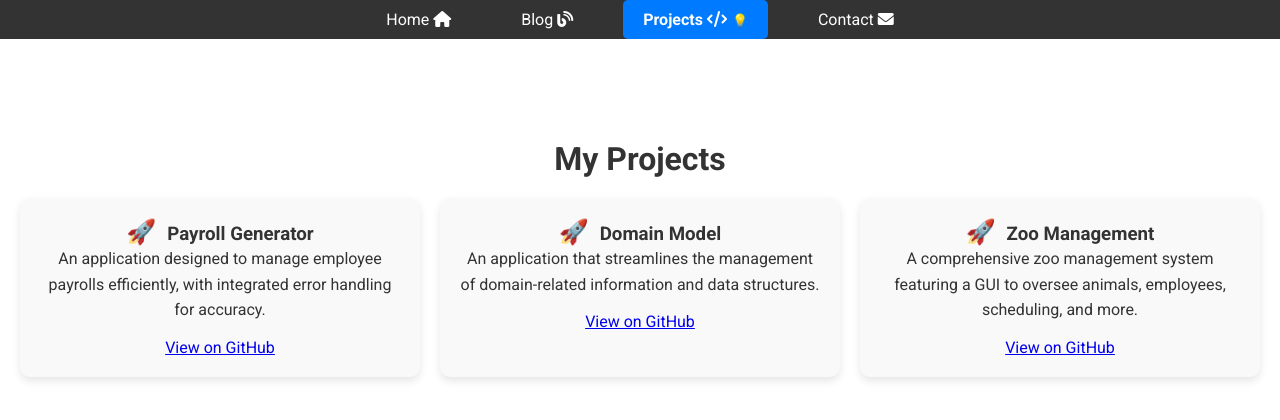
Repository: liwingy/cs5610_fall24_project1
Page: projects.html
An editor plug-in stored every save of this project. The page is shown before and after the next save, followed by the edit.
The browser window is 1280 px wide. The pictures show the whole page.

Above is the page before, as saved 2024-10-07 21:27:37.

### projects.html
<!DOCTYPE html>
<html lang="en">
<head>
    <meta charset="UTF-8">
    <meta name="viewport" content="width=device-width, initial-scale=1.0">
    <title>Wing Yee Li | Projects</title>
    <link rel="stylesheet" href="style.css">
    <link rel="icon" href="./sources/favicon.ico" type="image/x-icon">
    <link rel="stylesheet" href="https://cdnjs.cloudflare.com/ajax/libs/font-awesome/6.0.0-beta3/css/all.min.css">
</head>
<body>
    <nav>
        <ul>
            <li><a href="homepage.html">Home <i class="fas fa-home"></i></a></li>
            <li><a href="blog.html">Blog <i class="fas fa-blog"></i></a></li>
            <li><a href="projects.html" class="active">Projects <i class="fas fa-code"></i></a></li>
            <li><a href="contact.html">Contact <i class="fas fa-envelope"></i></a></li>
        </ul>
    </nav>
    <main>
        <section class="projects">
            <h2>My Projects</h2>
            <div class="grid">
                <div class="project-item">
                    <h3>Payroll Generator</h3>
                    <p>An application designed to manage employee payrolls efficiently, with integrated error handling for accuracy.</p>
                    <a href="https://github.com/Su24-CS5004-Online-Lionelle/homework-03-liwingy/tree/main/src/main/java/student" target="_blank">View on GitHub</a>
                </div>
                <div class="project-item">
                    <h3>Domain Model</h3>
                    <p>An application that streamlines the management of domain-related information and data structures.</p>
                    <a href="https://github.com/Su24-CS5004-Online-Lionelle/homework-07-liwingy/tree/main/src/main/java/student/model" target="_blank">View on GitHub</a>
                </div>
                <div class="project-item">
                    <h3>Zoo Management</h3>
                    <p>A comprehensive zoo management system featuring a GUI to oversee animals, employees, scheduling, and more.</p>
                    <a href="https://github.com/Su24-CS5004-Online-Lionelle/final-project-group-12" target="_blank">View on GitHub</a>
                </div>
            </div>
        </section>
    </main>
</body>
</html>

### style.css
@import url('https://fonts.googleapis.com/css2?family=Roboto:wght@400;700&display=swap');

* {
    margin: 0;
    padding: 0;
    box-sizing: border-box;
    font-family: 'Roboto', sans-serif;
}

body, html {
    height: 100%;
    margin: 0;
}

body {
    background-color: rgb(255, 255, 255);
    color: #333;
    display: flex;
    flex-direction: column;   /* Stack the content vertically */
    height: 100vh;            /* Make sure the body takes up the full viewport height */
}

main {
    display: flex;
    justify-content: center;
    align-items: center;
    flex-direction: column;
    height: auto;
    margin-top: 80px;
    padding-top: 20px;
}

header {
    text-align: center;
}

.blog, .projects, .contact, .about-me {
    margin-top: 20px;
    padding: 20px;
    width: 100%;
    margin-bottom: 40px; /* Add space between sections */
    text-align: center;
}

.about-me h3:before {
    content: "⭐"; /* Add an icon or symbol before each section */
    font-size: 1.5rem;
    color: #007BFF;
    margin-right: 5px;
}

.highlight {
    font-weight: bold;
    color: black; /* Highlight the text in a different color */
}

ul {
    list-style-type: disc;
    list-style-position: inside; /* Ensures the bullet points are aligned with the text */
    padding-left: 0; /* Removes extra left padding on the list */
    padding-left: 20px; /* Add some padding to ensure bullets are positioned properly */
}

li {
    margin-left: 0; /* Adds a little space between the bullet and text */
}


nav {
    width: 100%;              /* Full width navigation bar */
    background-color: #333;    /* Background color for the navbar */
    position: fixed;          /* Keep the navbar fixed at the top */
    top: 0;
    left: 0;
    padding: 10px 0;          /* Add some padding for spacing */
    z-index: 1;               /* Ensure the navbar stays above other content */
}

nav ul {
    list-style: none;
    display: flex;            /* Display the list items in a row */
    justify-content: center;  /* Center the list items horizontally */
    margin: 0;
    padding: 0;
}

nav ul li {
    margin: 0 15px;           /* Space between each nav item */
}

nav ul li a {
    color: #fff;
    text-decoration: none;
    padding: 10px 20px;       /* Add padding around each link */
    transition: background-color 0.3s;
}

nav ul li a:hover {
    border-bottom: 2px solid #007BFF;
    font-size: 1.05em;
    color: #007BFF;
    transition: all 0.3s ease-in-out;
}

.active {
    background-color: #007BFF;
    font-weight: bold;
    border-radius: 5px;
    padding: 10px 20px;
}

nav ul li a.active::after {
    content: "💡";
    color: #007BFF;
    font-size: 0.8rem;
    margin-left: 5px;
    vertical-align: middle;
}

h1 {
    font-size: 2.5rem;
    margin-top: 60px;        /* Add space from the navbar */
}

h2 {
    font-size: 2rem;
    margin-bottom: 10px;
}

h1, h2, h3 {
    font-weight: 700; /* Make headings bold */
}

p {
    line-height: 1.6; /* Improve readability */
    margin-bottom: 15px; /* Add space between paragraphs */
}

.grid {
    display: grid;
    grid-template-columns: repeat(auto-fit, minmax(250px, 1fr)); /* Auto-fit for responsiveness */
    gap: 20px; /* Space between grid items */
    margin-top: 20px;
}

.blog-item {
    padding: 20px;
    border-radius: 10px;
    box-shadow: 0 4px 8px rgba(0, 0, 0, 0.1);
    background-color: #f9f9f9;
}

.blog-item h3:before {
    content: "💕";
    color: #007BFF;
    font-size: 1.5rem;
    margin-right: 5px;
}

.blog img {
    display: block;        /* Ensures the image is a block element, so it stays on its own line */
    margin-top: 10px;      /* Adds space between text and image */
    margin-bottom: 20px;   /* Adds space after the image */
    max-width: 300px;      /* Adjust the size to fit nicely within the content */
    width: 100%;
    height: auto;
    border-radius: 10px;   /* Optional: add rounded corners to images */
}

/* Blog-specific ul styling */
.blog ul {
    list-style-type: none;  /* Removes the bullet points */
    padding-left: 0; /* Ensure no extra padding is added here */
    margin-left: 0; /* Remove any additional margins */
}

/* Blog-specific li styling */
.blog li {
    padding-left: 0;  /* Ensures no extra padding between bullet and text */
    margin-left: 0; /* No margin needed */
}

.project-item {
    padding: 20px;
    border-radius: 10px;
    box-shadow: 0 4px 8px rgba(0, 0, 0, 0.1);
    background-color: #f9f9f9;
}

.project-item h3:before {
    content: "🚀 ";
    color: #007BFF;
    font-size: 1.5rem;
    margin-right: 5px;
}

.centered-video,
.pics {
    max-width: 300px;
    width: 100%;
    height: auto;
    display: block;
    margin: 20px auto;
    border-radius: 10px;
    box-shadow: 0 4px 8px rgba(0, 0, 0, 0.2); /* Add a shadow */
    transition: transform 0.3s ease-in-out, box-shadow 0.3s ease-in-out;
}

.centered-video:hover,
.pics:hover {
    transform: scale(1.05); /* Slightly enlarge the image on hover */
    box-shadow: 0 6px 12px rgba(0, 0, 0, 0.3); /* Increase shadow on hover */
}

/* Responsive design */
@media screen and (max-width: 768px) {
    nav ul {
        flex-direction: column;  /* Stack the navbar links vertically on small screens */
        align-items: center;
    }

    nav ul li {
        margin: 10px 0;          /* Space out vertically in mobile view */
    }

    h1 {
        font-size: 1.8rem;
        margin-top: 100px;       /* Adjust spacing on small screens */
    }
}

/* Custom scrollbar */
::-webkit-scrollbar {
    width: 8px;
}

::-webkit-scrollbar-track {
    background: #f1f1f1;
}

::-webkit-scrollbar-thumb {
    background-color: #333; /* Match scrollbar with active link color */
    border-radius: 10px;
}

After the next save:
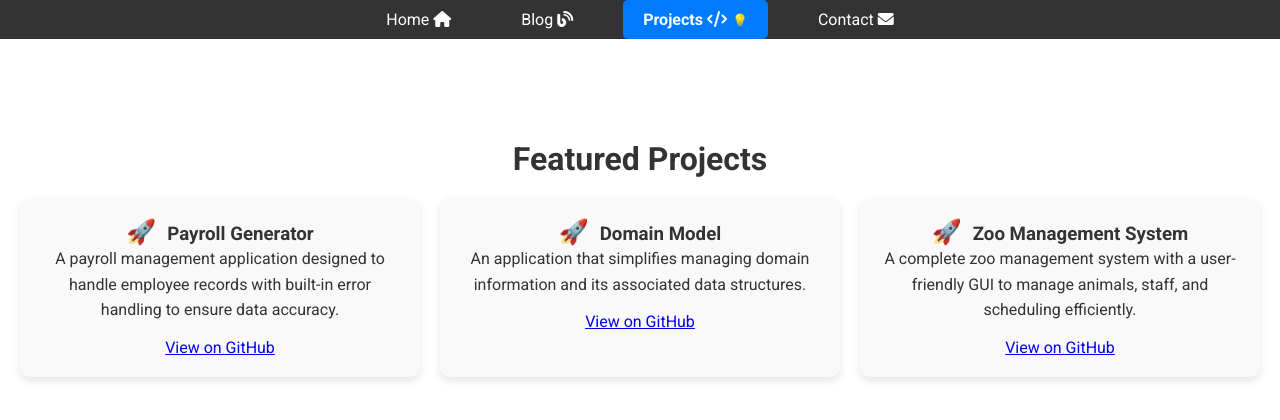
Saved 49 s later.
--- a/projects.html
+++ b/projects.html
@@ -19,21 +19,21 @@
     </nav>
     <main>
         <section class="projects">
-            <h2>My Projects</h2>
+            <h2>Featured Projects</h2>
             <div class="grid">
                 <div class="project-item">
                     <h3>Payroll Generator</h3>
-                    <p>An application designed to manage employee payrolls efficiently, with integrated error handling for accuracy.</p>
+                    <p>A payroll management application designed to handle employee records with built-in error handling to ensure data accuracy.</p>
                     <a href="https://github.com/Su24-CS5004-Online-Lionelle/homework-03-liwingy/tree/main/src/main/java/student" target="_blank">View on GitHub</a>
                 </div>
                 <div class="project-item">
                     <h3>Domain Model</h3>
-                    <p>An application that streamlines the management of domain-related information and data structures.</p>
+                    <p>An application that simplifies managing domain information and its associated data structures.</p>
                     <a href="https://github.com/Su24-CS5004-Online-Lionelle/homework-07-liwingy/tree/main/src/main/java/student/model" target="_blank">View on GitHub</a>
                 </div>
                 <div class="project-item">
-                    <h3>Zoo Management</h3>
-                    <p>A comprehensive zoo management system featuring a GUI to oversee animals, employees, scheduling, and more.</p>
+                    <h3>Zoo Management System</h3>
+                    <p>A complete zoo management system with a user-friendly GUI to manage animals, staff, and scheduling efficiently.</p>
                     <a href="https://github.com/Su24-CS5004-Online-Lionelle/final-project-group-12" target="_blank">View on GitHub</a>
                 </div>
             </div>
